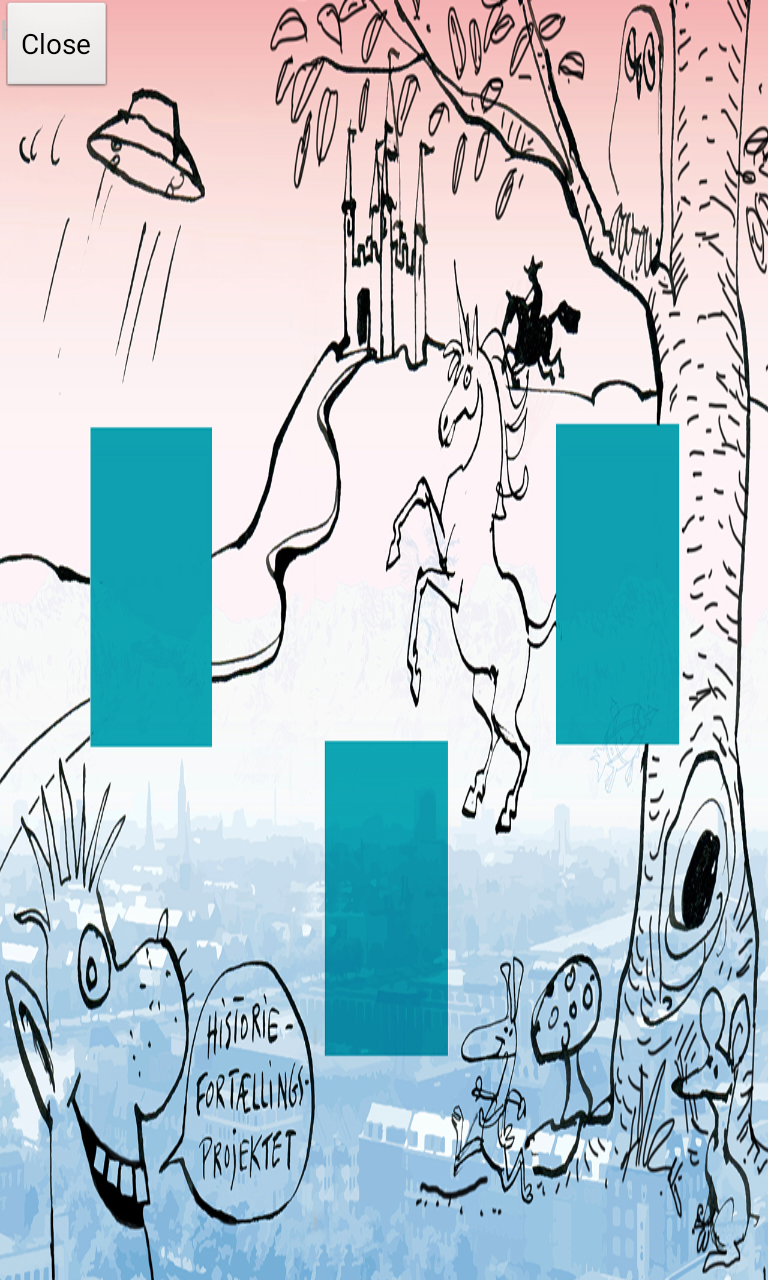
Repository: DreadMuffin/work
Layout: tablets/Historie/res/layout/popup.xml
An editor plug-in stored every save of this project. The layout is shown before and after the next save, followed by the edit.
It is drawn on a 768 x 1280 px phone screen (xhdpi) without system bars, with theme android:Theme.NoTitleBar; the app's code is not run.

Above is the layout before, as saved 2015-02-26 03:55:03.

### tablets/Historie/res/layout/popup.xml
<RelativeLayout xmlns:android="http://schemas.android.com/apk/res/android"
    xmlns:tools="http://schemas.android.com/tools"
    android:layout_width="match_parent"
    android:layout_height="match_parent"
    android:background="@drawable/wphis"
    tools:context=".Historie" >

	<TextView
	android:id="@+id/txtView"
	android:layout_width="wrap_content"
	android:layout_height="wrap_content"
	android:layout_marginTop="5sp"
	android:text="Hello!" />

	<Button
	android:id="@+id/btn_close_popup"
	android:layout_width="wrap_content"
	android:layout_height="wrap_content"
	android:layout_gravity="center"
	android:text="Close" />

</RelativeLayout>

After the next save:
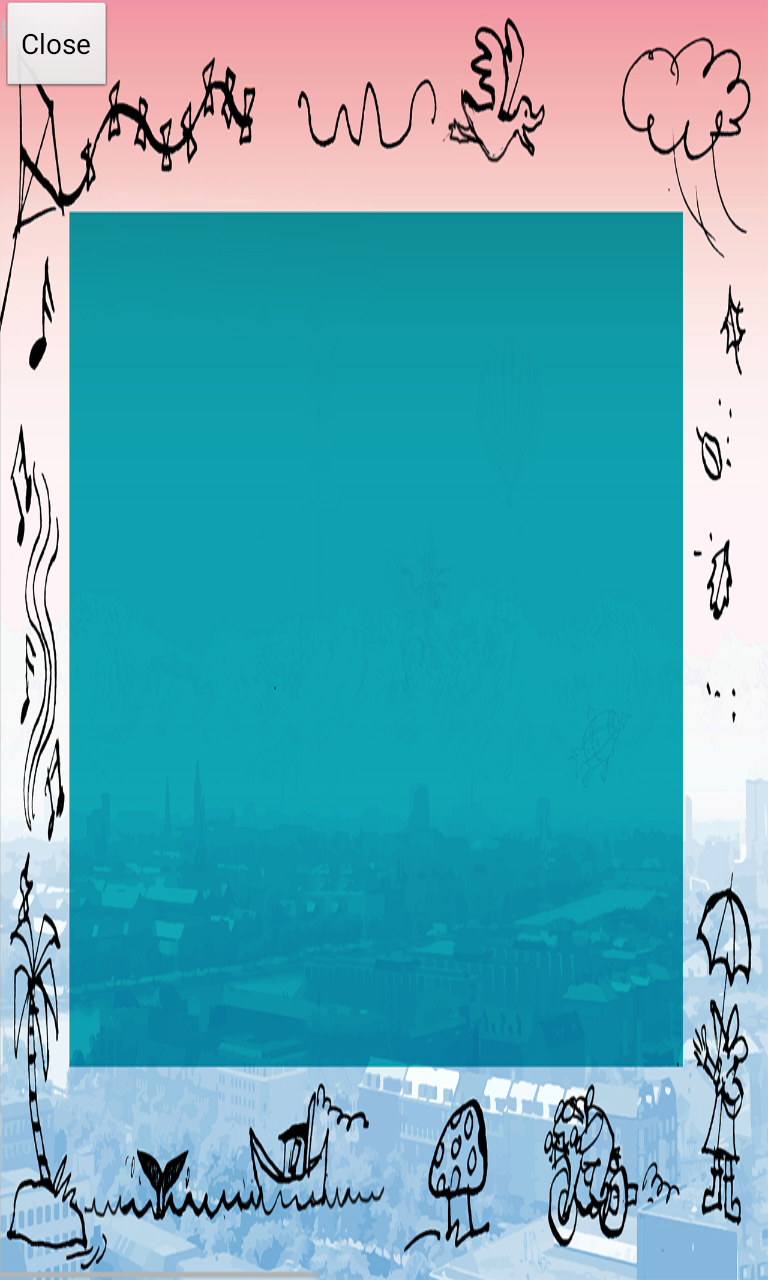
Saved 14 s later.
--- a/tablets/Historie/res/layout/popup.xml
+++ b/tablets/Historie/res/layout/popup.xml
@@ -2,7 +2,7 @@
     xmlns:tools="http://schemas.android.com/tools"
     android:layout_width="match_parent"
     android:layout_height="match_parent"
-    android:background="@drawable/wphis"
+    android:background="@drawable/popupwp"
     tools:context=".Historie" >
 
 	<TextView
